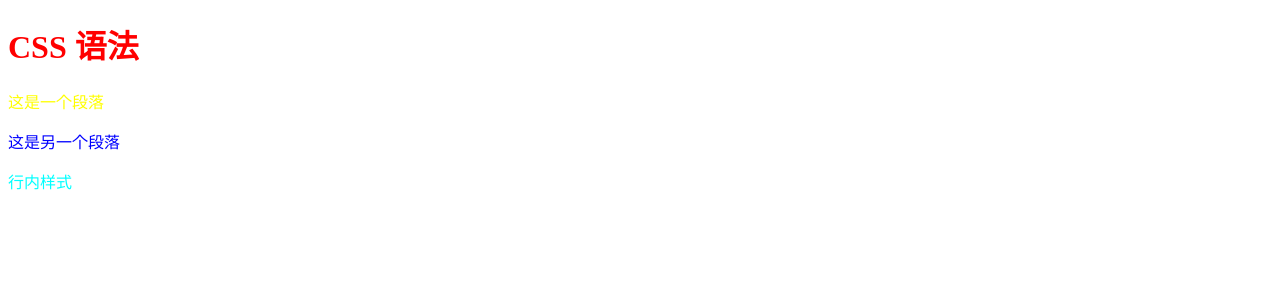
Repository: nanfengovo/CSS
Page: index_2.html
An editor plug-in stored every save of this project. The page is shown before and after the next save, followed by the edit.
The browser window is 1280 px wide. The pictures show the whole page.

Above is the page before, as saved 2024-12-31 22:30:46.

After the next save:
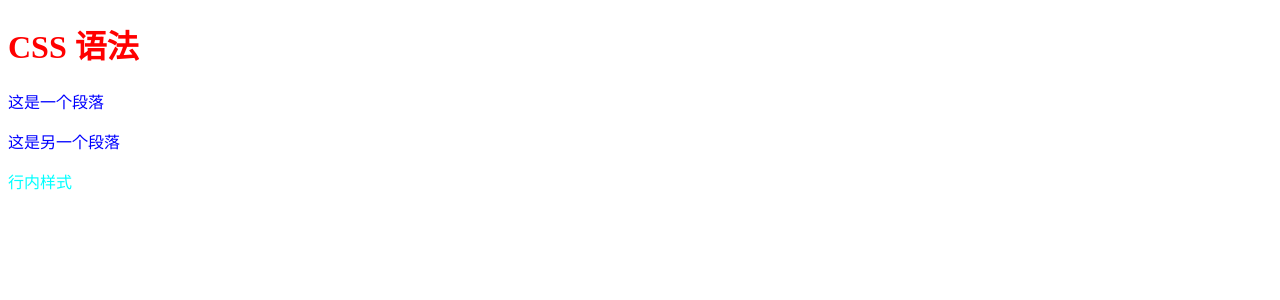
Saved 16 s later.
--- a/index_2.html
+++ b/index_2.html
@@ -11,9 +11,9 @@
         p {
             color: blue;
         }
-        #my_header p{
+        /* #my_header p{
             color: yellow;
-        }
+        } */
     </style>
 </head>
 <body>
